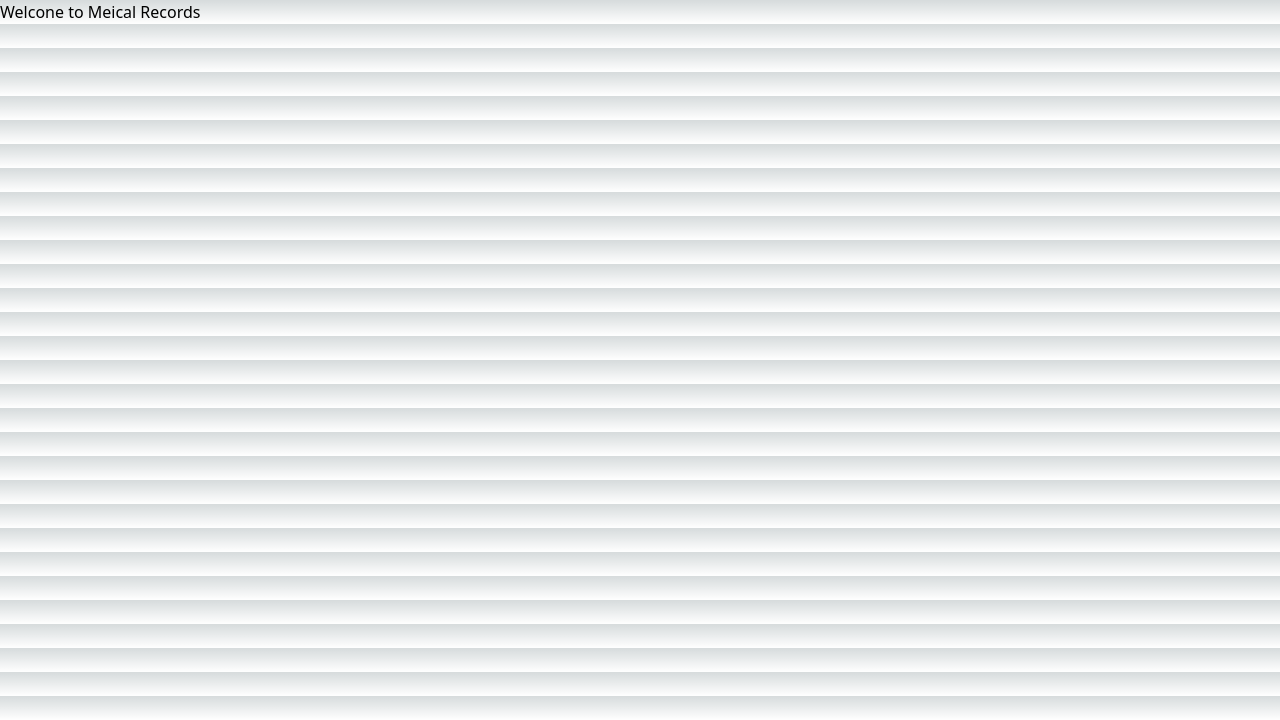
Repository: VinceBrun/medical-web3-app
Page: /
An editor plug-in stored every save of this project. The page is shown before and after the next save, followed by the edit.
The browser window is 1280 px wide. The pictures show the whole page.
The project was rebuilt for these pictures with package versions that can differ from the ones it lists, and the page was loaded fresh each time. The framework's server and built-in components were replaced by stand-ins that run in the browser. Also part of the build but not shown: next.config.js, styles/Home.module.css.

Above is the page before, as saved 2023-01-04 08:30:52.

### pages/index.js
import Head from "next/head";
import Image from "next/image";
import { Inter } from "@next/font/google";
import styles from "../styles/Home.module.css";

const inter = Inter({ subsets: ["latin"] });

export default function Home() {
  return (
    <>
      <Head>
        <title>Medical Records</title>
        <meta
          name="description"
          content="Medical Records kept safe on the blockchain"
        />
        <meta name="viewport" content="width=device-width, initial-scale=1" />
        <link rel="icon" href="/favicon.ico" />
      </Head>
      <main className="">Welcone to Meical Records</main>
    </>
  );
}

### components/Landing.jsx
import React from "react";

export default function Landing() {
  return <div>Landing</div>;
}

Loaded but not shown: pages/_app.js (common file); pages/_document.js (common file); styles/globals.css (common file); tailwind.config.js (common file)

After the next save:
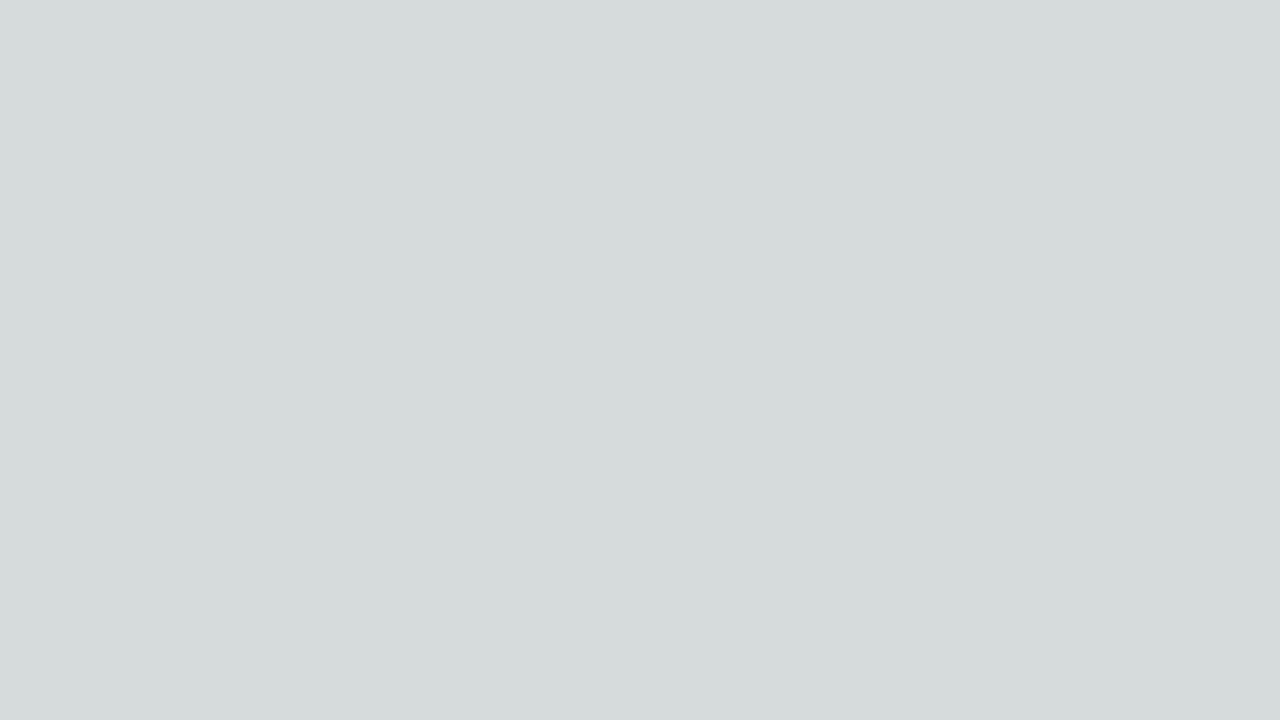
Saved 4 min 33 s later.
--- a/pages/index.js
+++ b/pages/index.js
@@ -17,7 +17,9 @@
         <meta name="viewport" content="width=device-width, initial-scale=1" />
         <link rel="icon" href="/favicon.ico" />
       </Head>
-      <main className="">Welcone to Meical Records</main>
+      <main className="">
+
+      </main>
     </>
   );
 }

After the 3 saves that followed:
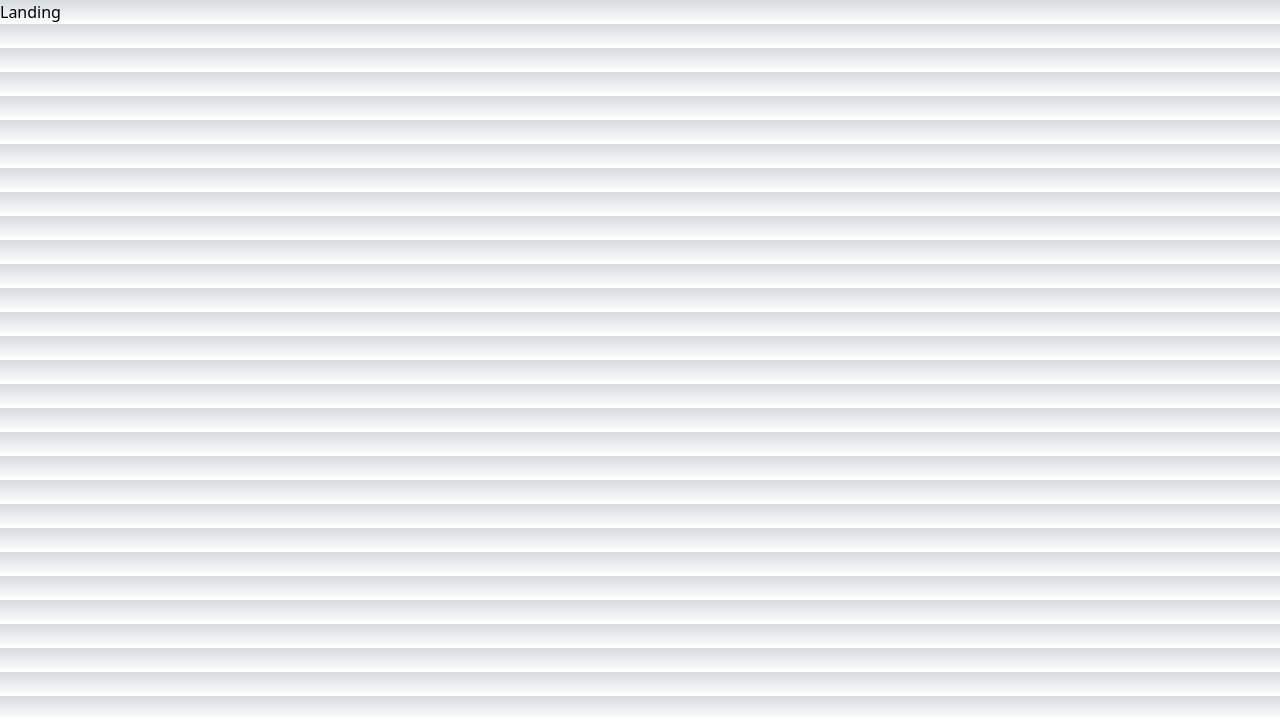
The 3 saves are shown as one change because they came seconds apart.
The last was saved 14 s later.
--- a/pages/index.js
+++ b/pages/index.js
@@ -2,6 +2,7 @@
 import Image from "next/image";
 import { Inter } from "@next/font/google";
 import styles from "../styles/Home.module.css";
+import Landing from "../components/Landing";
 
 const inter = Inter({ subsets: ["latin"] });
 
@@ -18,7 +19,7 @@
         <link rel="icon" href="/favicon.ico" />
       </Head>
       <main className="">
-
+        <Landing />
       </main>
     </>
   );
